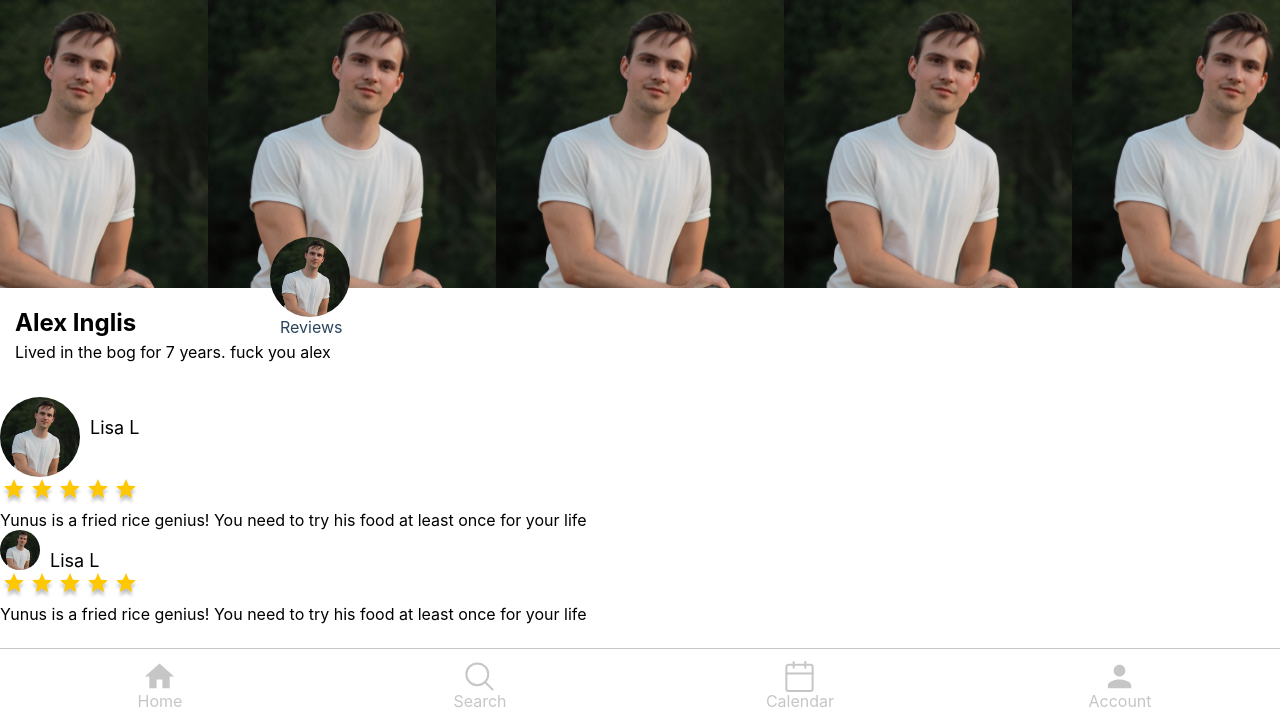
Repository: nguyenlejoe/HomeChef
Page: / (app in app/)
The author's editor kept a copy of each file at every save. The page is drawn from the files as they stood at one save, then again after the next save.
The browser window is 1280 px wide. The pictures show the whole page.
The project was rebuilt for these pictures with package versions that can differ from the ones it lists, and the page was loaded fresh each time. Also part of the build but not shown: app/src/comps/MainButton/index.js.

Above is the page before, as saved 2020-11-07 16:10:53.

### app/src/App.js
import React from 'react';
//import logo from './logo.svg';
//import './App.css';
import Pages from './pages/ChefReview';

function App() {
  return (
    <Pages />
  );
}

export default App;

### app/src/pages/ChefReview.js
import React from 'react';
import './ChefReview.scss'
import NavBarGourmet from '../comps/NavBarGourmet';
import Avatar from '../comps/Avatar';

export default function Home() {
  return<div className="app">
        <div className="CoverImage"></div>
        <div className="ChefDesc">
            <h2>Alex Inglis</h2>
            <p>Lived in the bog for 7 years. fuck you alex</p>
        </div>
        <div className="AvatarBox">
                <Avatar></Avatar>
                <a>Reviews</a>
        </div>
        <div className="ReviewList">
            <div className="ReviewCont">
                <div className="ReviewProfile"><Avatar></Avatar><a>Lisa L</a></div>
                <div className="rating">
                    <div className="stars"><img src='/star.png' /></div>
                    <div className="stars"><img src='/star.png' /></div>
                    <div className="stars"><img src='/star.png' /></div>
                    <div className="stars"><img src='/star.png' /></div>
                    <div className="stars"><img src='/star.png' /></div>
                </div>
                <div>Yunus is a fried rice genius! You need to try his food at least once for your life</div>
            </div>
            <div className="ReviewCont">
                <div className="ReviewProfile"><Avatar width="40px" height="40px"></Avatar><a>Lisa L</a></div>
                <div className="rating">
                    <div className="stars"><img src='/star.png' /></div>
                    <div className="stars"><img src='/star.png' /></div>
                    <div className="stars"><img src='/star.png' /></div>
                    <div className="stars"><img src='/star.png' /></div>
                    <div className="stars"><img src='/star.png' /></div>
                </div>
                <div>Yunus is a fried rice genius! You need to try his food at least once for your life</div>
            </div>
        </div>
        <div className="Nav">
          <NavBarGourmet
          bgimg = "/Search.png"
          title = "Search"
          btnState = {true}
          orderActive = {true}
          ></NavBarGourmet>
        </div>
    </div>
}

### app/src/pages/ChefReview.scss
.app{
    width: 100vw;
    height:100vh;
    overflow-x:hidden;
}

.CoverImage{
    height: 40%;
    background-image: url("/alex.jpg");
    background-position: center;
    background-size: contain;
}

.ChefDesc{
    height:20%;
    width: 65%;
    margin: 15px;
    p{
        margin-top: -15px;
    }
}

.AvatarBox{
    height:0px;
    position: relative;
    z-index: 1;
    top: -230px;
    left: 270px;
    a{
        margin-left:10px;
        color: #2B445E;
    }
}

.ReviewList{
    margin-top:-70px;
    display: flex;
    flex-direction: column;
    justify-content: center;
}

.ReviewProfile{
    display: flex;

    a{
        margin: 20px 0 0 10px;
        font-size: 18px;
    }
}


.rating{
    display: flex;
}



.Nav{
    height: 10%;
    width: 100%;
    position: fixed;
    bottom: 0;
}

### app/src/comps/NavBarGourmet/index.js
import React, {useState} from 'react';
import styled, {css} from 'styled-components';
import Button from '../MainButton';

const NavContainer = styled.div`
display:flex;
height:100%;
width:100%;
background-color:#FFFFFF;
`;

const NavBox = styled.div`
justify-content:space-around;
display:flex;
align-items:center;
position:relative;
width:100%;
height:100%;
border-top: 1px solid #C6C6C6;


`;

const NavButton = styled.div`
    display:flex;
    align-items:center;
    flex-direction:column;
    margin:2px;
    width:15%;
    height:80%;
    text-align:center;

`;

const NavIcon = styled.div`
    margin-top:3px;
    margin-right:2px;
    width:55%;
    height:55%;
    background-size:contain;
    background-repeat: no-repeat;


`;

const NavLabel = styled.div`
    height:20px;
    width:100%;
    color:${props => props.ButtonActive};

`;






const NavBar = ({active, onClickHome, onClickSearch, onClickCalendar, onClickAccount}) => {

const [ButtonActiveVal,SetActive] = useState(active);

    return <NavContainer>
        <NavBox>

            <NavButton onClick={onClickHome}
            ButtonActive = {ButtonActiveVal === 1 ? "#24B574" : "#C6C6C6"}
            >
            <NavIcon>
                <svg width="35" height="35" viewBox="0 0 35 35" fill="none" xmlns="http://www.w3.org/2000/svg">
                    <path d="M14.5834 29.1667V20.4167H20.4167V29.1667H27.7084V17.5H32.0834L17.5001 4.375L2.91675 17.5H7.29175V29.1667H14.5834Z" fill={ButtonActiveVal === 1 ? "#24B574" : "#C6C6C6"}/>
                </svg>
            </NavIcon>
                <NavLabel ButtonActive={ButtonActiveVal === 1 ? "#24B574" : "#C6C6C6"}>Home</NavLabel>
            </NavButton>

            <NavButton
            onClick={onClickSearch}
            // onClick={()=>{
            //     SetActive(active);
            // }}
            ButtonActive = {ButtonActiveVal === 2 ? "#24B574" : "#C6C6C6"}
            >
                <NavIcon>
                    <svg width="35" height="35" viewBox="0 0 35 35" fill="none" xmlns="http://www.w3.org/2000/svg">
                        <path fill-rule="evenodd" clip-rule="evenodd" d="M15.3125 26.25C21.3531 26.25 26.25 21.3531 26.25 15.3125C26.25 9.27189 21.3531 4.375 15.3125 4.375C9.27189 4.375 4.375 9.27189 4.375 15.3125C4.375 21.3531 9.27189 26.25 15.3125 26.25Z" stroke={ButtonActiveVal === 2 ? "#24B574" : "#C6C6C6"} stroke-width="2" stroke-linecap="round" stroke-linejoin="round"/>
                        <path d="M30.625 30.625L23.0416 23.0417" stroke={ButtonActiveVal === 2 ? "#24B574" : "#C6C6C6"}stroke-width="2" stroke-linecap="round" stroke-linejoin="round"/>
                    </svg>
                </NavIcon>
                <NavLabel ButtonActive={ButtonActiveVal === 2 ? "#24B574" : "#C6C6C6"} >Search</NavLabel>
            </NavButton>

            <NavButton
            onClick={onClickCalendar}
            // onClick={()=>{
            //     SetActive(active);
            // }}
            ButtonActive = {ButtonActiveVal === 3 ? "#24B574" : "#C6C6C6"}
            >
                <NavIcon>
                    <svg width="35" height="35" viewBox="0 0 35 35" fill="none" xmlns="http://www.w3.org/2000/svg">
                        <path fill-rule="evenodd" clip-rule="evenodd" d="M4.375 7.83325C4.375 6.72868 5.27043 5.83325 6.375 5.83325H28.625C29.7296 5.83325 30.625 6.72868 30.625 7.83325V30.0833C30.625 31.1878 29.7296 32.0833 28.625 32.0833H6.375C5.27043 32.0833 4.375 31.1878 4.375 30.0833V7.83325Z" stroke={ButtonActiveVal === 3 ? "#24B574" : "#C6C6C6"} stroke-width="2" stroke-linecap="round" stroke-linejoin="round"/>
                        <path d="M23.3333 2.91675V8.75008" stroke={ButtonActiveVal === 3 ? "#24B574" : "#C6C6C6"} stroke-width="2" stroke-linecap="round" stroke-linejoin="round"/>
                        <path d="M11.6667 2.91675V8.75008" stroke={ButtonActiveVal === 3 ? "#24B574" : "#C6C6C6"} stroke-width="2" stroke-linecap="round" stroke-linejoin="round"/>
                        <path d="M4.375 14.5833H30.625" stroke={ButtonActiveVal === 3 ? "#24B574" : "#C6C6C6"} stroke-width="2" stroke-linecap="round" stroke-linejoin="round"/>
                    </svg>
                </NavIcon>
                <NavLabel ButtonActive={ButtonActiveVal === 3 ? "#24B574" : "#C6C6C6"}>Calendar</NavLabel>
            </NavButton>


            <NavButton
            onClick={onClickAccount}
            // onClick={()=>{
            //     SetActive(active);
            // }}
            ButtonActive = {ButtonActiveVal === 4 ? "#24B574" : "#C6C6C6"}
            >
                <NavIcon>
                    <svg width="35" height="35" viewBox="0 0 35 35" fill="none" xmlns="http://www.w3.org/2000/svg">
                        <path d="M17.4999 17.4999C20.7228 17.4999 23.3332 14.8895 23.3332 11.6666C23.3332 8.44367 20.7228 5.83325 17.4999 5.83325C14.277 5.83325 11.6666 8.44367 11.6666 11.6666C11.6666 14.8895 14.277 17.4999 17.4999 17.4999ZM17.4999 20.4166C13.6062 20.4166 5.83325 22.3708 5.83325 26.2499V29.1666H29.1666V26.2499C29.1666 22.3708 21.3937 20.4166 17.4999 20.4166Z" fill={ButtonActiveVal === 4 ? "#24B574" : "#C6C6C6"}/>
                    </svg>
                </NavIcon>
                <NavLabel ButtonActive={ButtonActiveVal === 4 ? "#24B574" : "#C6C6C6"}>Account</NavLabel>
            </NavButton>
        </NavBox>
    </NavContainer>

}

NavBar.defaultProps = {
    title: "label",
    bgimg: "/Home.png",
    orderNum: "0",
    ButtonActive:"black"

}

export default NavBar;

### app/src/comps/Avatar/index.js
import React from 'react';
import styled from 'styled-components';

const AvatarContainer = styled.div`
width: ${props =>props.width ? props.width : '80px'};
height: ${props =>props.height ? props.height : '80px'};
`;

const AvatarImg = styled.div`
min-width:100%;
min-height:100%;
background-image:url(${props=>props.bgimg ? props.bgimg : "none"});
background-size:cover;
border-radius:100px;

`;

const Avatar = ({bgimg, width, height}) =>{
    return <AvatarContainer height={height} width={width}>
        <AvatarImg bgimg={bgimg} ></AvatarImg>
    </AvatarContainer>
}

Avatar.defaultProps = {
    bgimg : "./alex.jpg",
}

export default Avatar;

Loaded but not shown: app/public/index.html (common file); app/src/index.js (common file); app/src/index.css (common file); app/src/serviceWorker.js (common file)

After the next save:
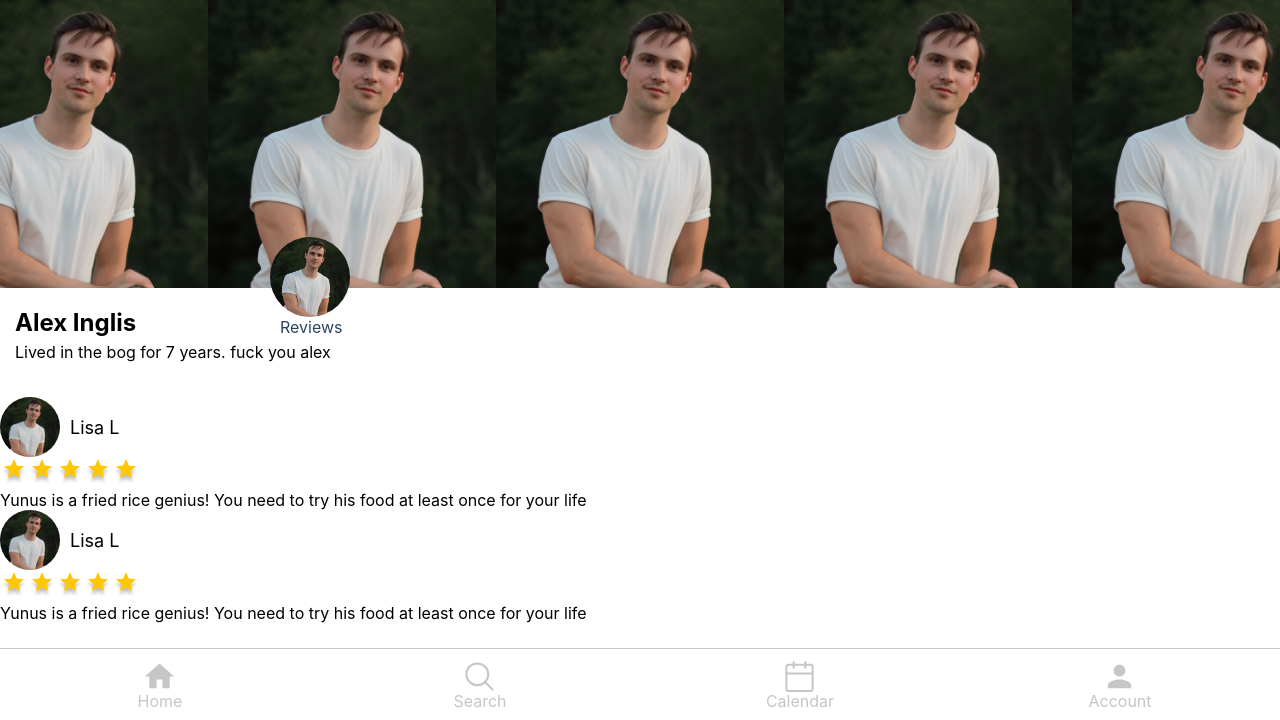
Saved 32 s later.
--- a/app/src/pages/ChefReview.js
+++ b/app/src/pages/ChefReview.js
@@ -16,7 +16,7 @@ export default function Home() {
         </div>
         <div className="ReviewList">
             <div className="ReviewCont">
-                <div className="ReviewProfile"><Avatar></Avatar><a>Lisa L</a></div>
+                <div className="ReviewProfile"><Avatar width="60px" height="60px"></Avatar><a>Lisa L</a></div>
                 <div className="rating">
                     <div className="stars"><img src='/star.png' /></div>
                     <div className="stars"><img src='/star.png' /></div>
@@ -27,7 +27,7 @@ export default function Home() {
                 <div>Yunus is a fried rice genius! You need to try his food at least once for your life</div>
             </div>
             <div className="ReviewCont">
-                <div className="ReviewProfile"><Avatar width="40px" height="40px"></Avatar><a>Lisa L</a></div>
+                <div className="ReviewProfile"><Avatar width="60px" height="60px"></Avatar><a>Lisa L</a></div>
                 <div className="rating">
                     <div className="stars"><img src='/star.png' /></div>
                     <div className="stars"><img src='/star.png' /></div>
